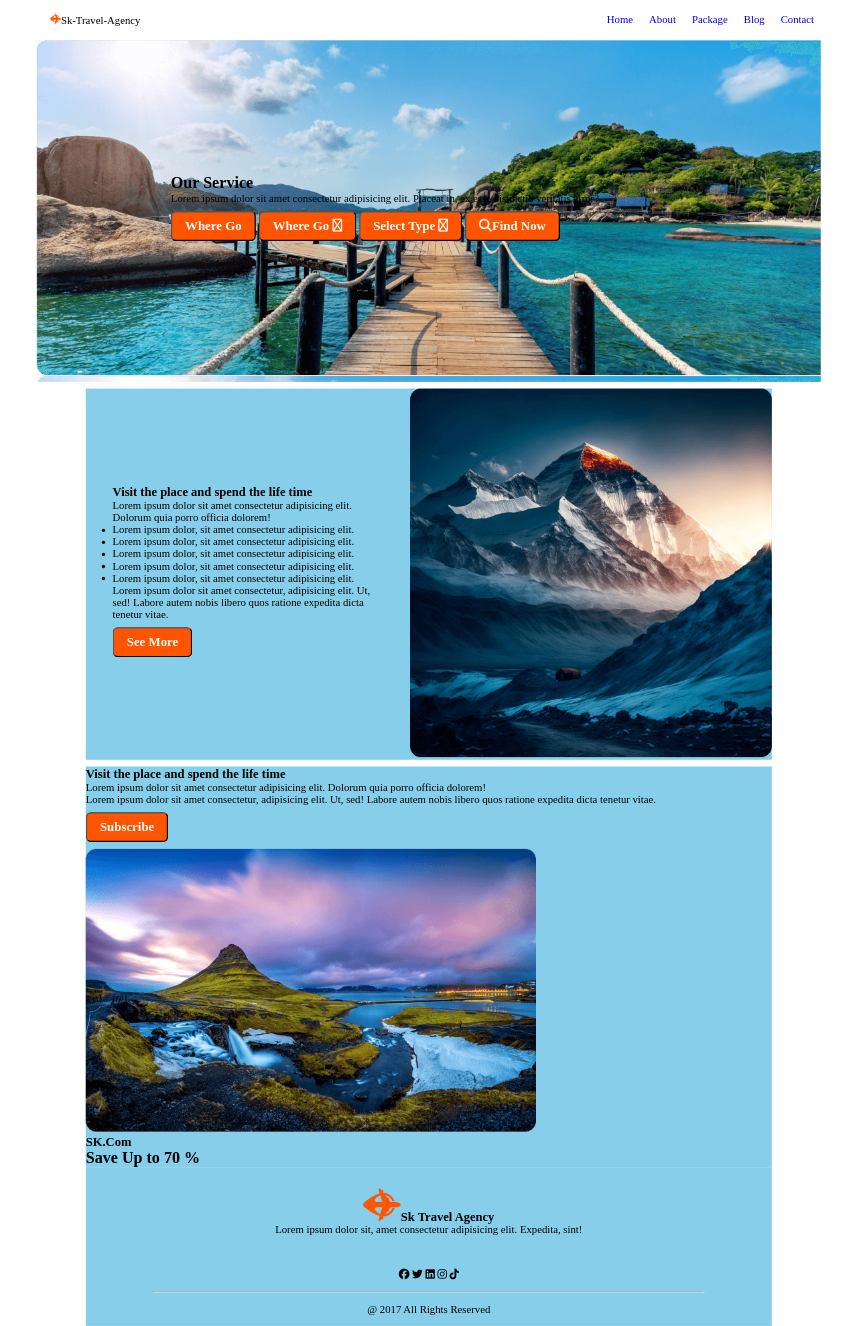
Repository: sumonkumarsarkar/Sk-Travel-Agency-
Page: index.html
The author's editor kept a copy of each file at every save. The page is drawn from the files as they stood at one save, then again after the next save.
The browser window is 1280 px wide. The pictures show the whole page, at 67% of full size.

Above is the page before, as saved 2024-01-17 05:56:11.

### index.html
<!DOCTYPE html>
<html lang="en">
<head>
    <meta charset="UTF-8">
    <meta name="viewport" content="width=device-width, initial-scale=1.0">
    <title>Sk-Travel-Agency</title>
    <link rel="stylesheet" href="./style.css">

    <link rel="stylesheet" href="https://cdnjs.cloudflare.com/ajax/libs/font-awesome/6.5.1/css/all.min.css" integrity="sha512-DTOQO9RWCH3ppGqcWaEA1BIZOC6xxalwEsw9c2QQeAIftl+Vegovlnee1c9QX4TctnWMn13TZye+giMm8e2LwA==" crossorigin="anonymous" referrerpolicy="no-referrer" />
</head>
<body>
    <header>
<nav>
    <div class="icon-header">
        <p> <span><img src="./Images/Group 40071 (2).png" alt=""></span>Sk-Travel-Agency</p>
    </div>
    <div class="menu-header">
        <ul>
            <li><a href="#">Home</a></li>
            <li><a href="#">About</a></li>
            <li><a href="#">Package</a></li>
            <li><a href="#">Blog</a></li>
            <li><a href="#">Contact</a></li>
        </ul>
    </div>
</nav>

<section>
    <div class="banner-section">
       <div class="banner-text">
        <h2>Our Service</h2>
        <p>Lorem ipsum dolor sit amet consectetur adipisicing elit. Placeat in, ex esse distinctio veritatis error?</p>
       </div>
       <div class="banner-button">
        <button type="button">Where Go</button>
        <button type="button">Where Go <span><i class="fa-regular fa-angle-down"></i></span></button>
        <button type="button">Select Type <span><i class="fa-regular fa-angle-down"></i></span></button>
        <button type="button"> <span><i class="fa-solid fa-magnifying-glass"></i></span>Find Now</button>
       </div>
    </div>
</section>
    </header>



    <main>

        <!-- place part start  -->

<div class="container">
    <div class="container-place-item">
        <div class="text-item">
         <h3>Visit the place and spend the life time</h3>
         <p>Lorem ipsum dolor sit amet consectetur adipisicing elit. Dolorum quia porro officia dolorem!</p>
         <ul>
            <li><p>Lorem ipsum dolor, sit amet consectetur adipisicing elit.</p></li>
            <li><p>Lorem ipsum dolor, sit amet consectetur adipisicing elit.</p></li>
            <li><p>Lorem ipsum dolor, sit amet consectetur adipisicing elit.</p></li>
            <li><p>Lorem ipsum dolor, sit amet consectetur adipisicing elit.</p></li>
            <li><p>Lorem ipsum dolor, sit amet consectetur adipisicing elit.</p></li>
         </ul>
         <p>Lorem ipsum dolor sit amet consectetur, adipisicing elit. Ut, sed! Labore autem nobis libero quos ratione expedita dicta tenetur vitae.</p>
         <button type="button">See More</button>
        </div>
        <div class="container-img-item">
            <img src="./Images/Rectangle 4.png" alt="">
        </div>
    </div>
</div>


 <!-- place part end  -->


 <div class="container">
    <div class="container-form-item">
        <div class="text-form">
         <h3>Visit the place and spend the life time</h3>
         <p>Lorem ipsum dolor sit amet consectetur adipisicing elit. Dolorum quia porro officia dolorem!</p>

         <p>Lorem ipsum dolor sit amet consectetur, adipisicing elit. Ut, sed! Labore autem nobis libero quos ratione expedita dicta tenetur vitae.</p>
         <button type="button">Subscribe</button>
        </div>
        <div class="container-img-item">
            <img src="./Images/Rectangle 8 (1).png" alt="">
            <h3>SK.Com</h3>
            <h2>Save Up to 70 %</h2>
        </div>
    </div>
</div>



<!-- form part start  -->




<!-- form part end  -->


    </main>









        <footer>
            <div class="container">

                    <div class="nornal-text">
                           <h3> <span><img src="./Images/Group 40071 (2).png" alt=""></span>Sk Travel Agency</h3>
                            <p>Lorem ipsum dolor sit, amet consectetur adipisicing elit. Expedita, sint!</p>
                    </div>

                <div class="icon-img">
                    <i class="fa-brands fa-facebook"></i>
                    <i class="fa-brands fa-twitter"></i>
                    <i class="fa-brands fa-linkedin"></i>
                    <i class="fa-brands fa-instagram"></i>
                    <i class="fa-brands fa-tiktok"></i>
                </div>

                <hr>

               <div class="last-text">
                 <p>@ 2017 All Rights Reserved</p>

               </div>


         </footer>





</body>
</html>

### style.css
*{
    margin: 0;
    padding: 0;
}



 /* main place part start  */
.container-place-item{
    display: flex;
    justify-content:space-around;
    align-items: center;
    margin: 10px auto;
}
.container-place-item .text-item{
    padding: 40px;
}

button{
    color: #FFF;
text-align: center;
font-family: Mulish;
font-size: 1.2rem;
font-style: normal;
font-weight: 800;
padding: .6rem 1.2rem;
border-radius:.5rem;
background: #FF5400;
margin: 10px auto;

}





 /* main place part end */

/* header menu bar start  */

header{
    max-width: 1170px;
    background:#FFF;
    margin: 0 auto;

}
nav{
    display: flex;
    justify-content: space-between;
    align-items: center;
}
.icon-header{
    align-items: center;
    padding:20px;
}
.icon-header img{
    width: 1rem;
    height: 1rem;
}
.menu-header ul{
    list-style: none;

}
.menu-header ul li{
   display: inline-block;
   padding: 10px 10px;

}
.menu-header ul li a{
    text-decoration: none;
}

.banner-section{
    background-image: url("./Images/Group 13 (1) (1).png");

}
.banner-section{

    padding: 200px 200px;


}

/* header menu bar end  */


/* footer section start  */
.container{
 background: skyblue;
 margin: 10px auto;
}
.container .nornal-text{
text-align: center;
padding: 2rem 2rem;


}.container .icon-img{
text-align: center;
padding: 1rem 2rem;


}
.container .last-text{
text-align: center;
padding: 1rem 2rem;


}
.container, hr{

width: 80%;
margin: 0 auto;


}



/* footer section end  */

After the next save:
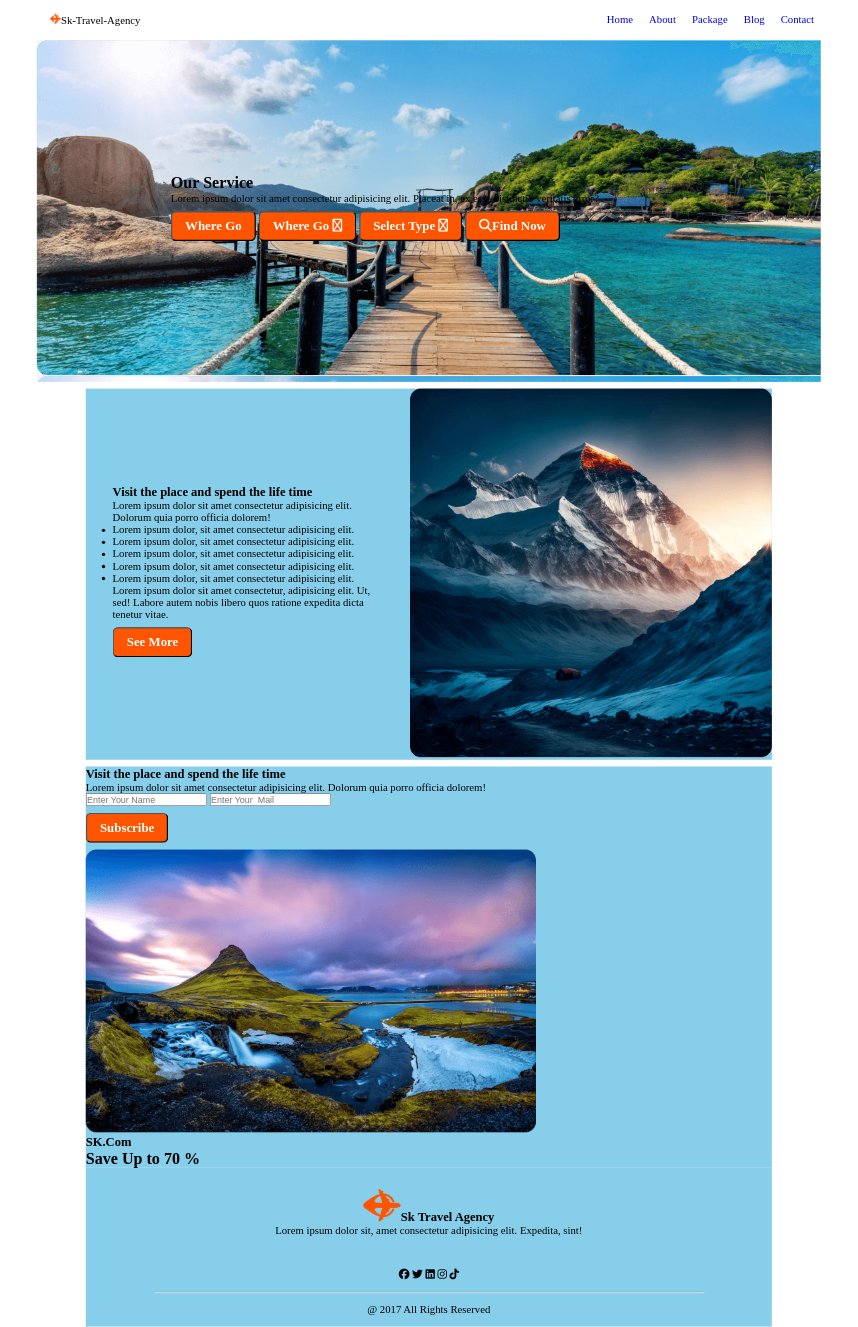
Saved 69 s later.
--- a/index.html
+++ b/index.html
@@ -78,7 +78,10 @@
          <h3>Visit the place and spend the life time</h3>
          <p>Lorem ipsum dolor sit amet consectetur adipisicing elit. Dolorum quia porro officia dolorem!</p>
 
-         <p>Lorem ipsum dolor sit amet consectetur, adipisicing elit. Ut, sed! Labore autem nobis libero quos ratione expedita dicta tenetur vitae.</p>
+         <form>
+            <input type="text" placeholder="Enter Your Name">
+            <input type="text" placeholder="Enter Your  Mail">
+         </form>
          <button type="button">Subscribe</button>
         </div>
         <div class="container-img-item">
